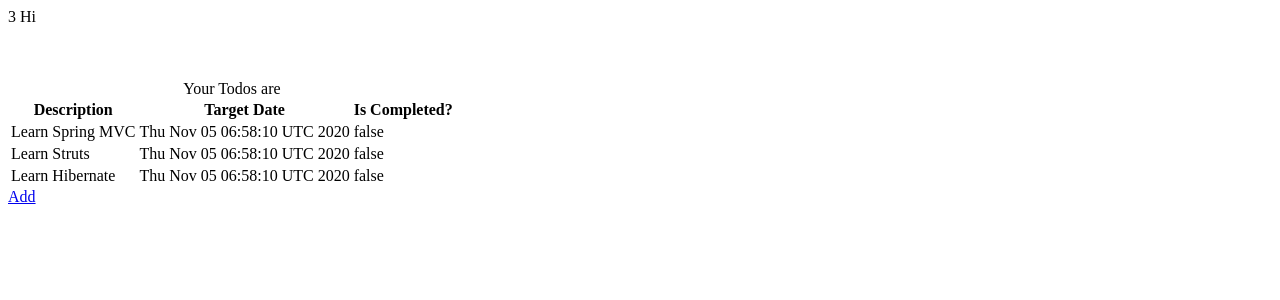
Repository: codelifee/spring-mvc-project
Page: http://localhost/springmvc/list-todos
These files come from the project's save history. The page is drawn as it stood at one moment and after the next save; the edit follows.
The browser window is 1280 px wide. The pictures show the whole page.
The page is served by Tomcat 9. The template is opened directly, without the code that normally fills it, so the values that code supplies are empty.

Above is the page before, as saved 2020-11-16 05:17:30.

After the next save:
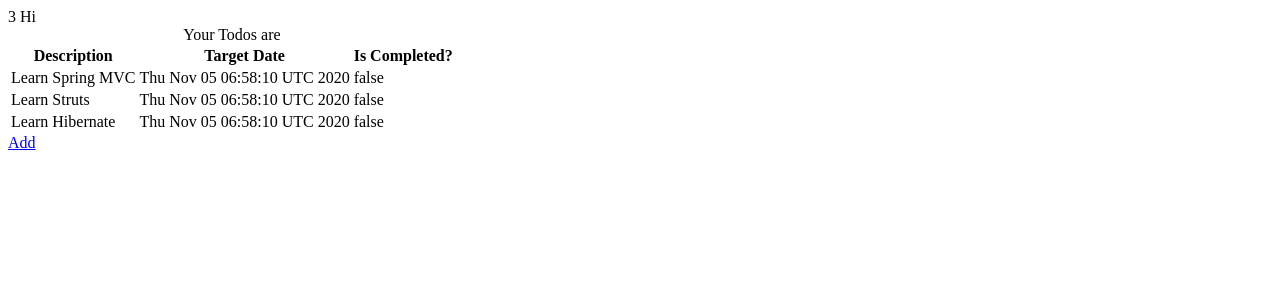
Saved 19 min 30 s later.
--- a/springmvc/src/main/webapp/WEB-INF/views/list-todos.jsp
+++ b/springmvc/src/main/webapp/WEB-INF/views/list-todos.jsp
@@ -1,6 +1,8 @@
 <%@ page language="java" contentType="text/html; charset=EUC-KR"
 	pageEncoding="EUC-KR"%>
 <%@ taglib uri="http://java.sun.com/jsp/jstl/core" prefix="c"%>
+
+
 <!DOCTYPE html>
 3
 <html>
@@ -24,7 +26,6 @@
 
 		<tbody>
 			<c:forEach items="${todos}" var="todo">
-			</br>
 				<tr>
 					<td>${todo.desc}</td>
 					<td>${todo.targetDate}</td>
@@ -35,5 +36,7 @@
 	</table>
 
 	<a class="button" href="/add-todo">Add</a>
+
+
 </body>
 </html>
